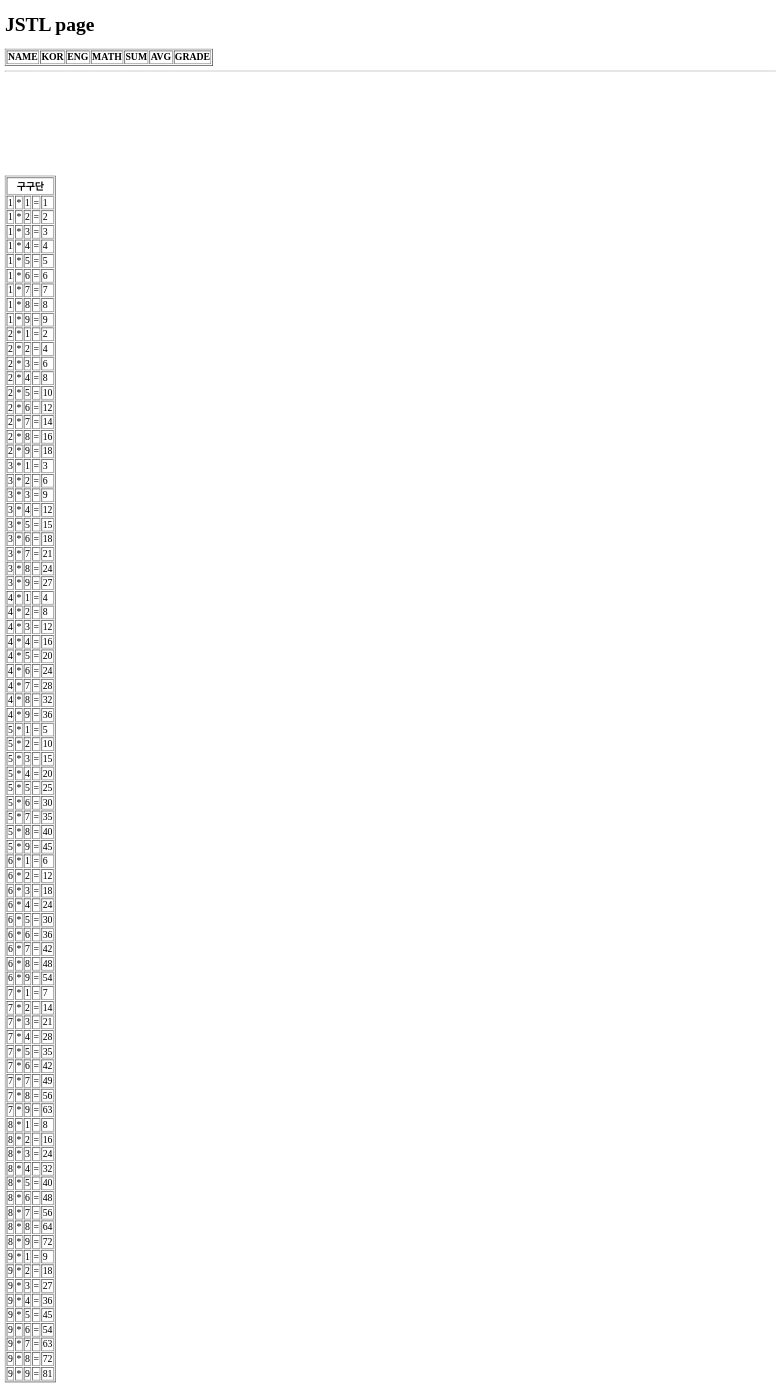
Repository: leedh909/Academy-web-
Page: http://localhost/Jsp07_EL_JSTL/jstlpage.jsp
An editor plug-in stored every save of this project. The page is shown before and after the next save, followed by the edit.
The browser window is 1280 px wide. The pictures show the whole page, at 61% of full size.
The page is served by Tomcat 9. Other server files are loaded and not shown. The template is opened directly, without the code that normally fills it, so the values that code supplies are empty.

Above is the page before, as saved 2020-07-06 04:08:17.

### 실습자료/eclipse-servlet/Jsp07_EL_JSTL/WebContent/jstlpage.jsp
<%@ page language="java" contentType="text/html; charset=UTF-8"
    pageEncoding="UTF-8"%>
<% request.setCharacterEncoding("UTF-8"); %>
<% response.setContentType("text/html; charset=UTF-8"); %>

<%@ taglib prefix="c" uri="http://java.sun.com/jsp/jstl/core" %>

<!--
	core
	fmt, fn, sql
 -->
<!-- prefix = 접두사 -->

<!DOCTYPE html>
<html>
<head>
<meta charset="UTF-8">
<title>Insert title here</title>
</head>
<body>
	<h1>JSTL page</h1>
	<table border="1">
		<tr>
			<th>NAME</th>
			<th>KOR</th>
			<th>ENG</th>
			<th>MATH</th>
			<th>SUM</th>
			<th>AVG</th>
			<th>GRADE</th>
		</tr>
		<c:forEach var="score" items="${list}">
			<tr>
				<td> <!-- if와 choose 가 따로 작동된다. -->
					<c:if test="${score.name eq '이름1'}">
						<c:out value="홍길동"></c:out>
					</c:if>
					<c:choose>
						<c:when test="${score.name eq '이름2' }">
							<c:out value="${score.name}님!"></c:out>
						</c:when>

						<c:when test="${score.name eq '이름3' }">
							<c:out value="${score.name}님@@"></c:out>
						</c:when>
						<c:otherwise>
							<c:out value="누구지..?"></c:out>
						</c:otherwise>
					</c:choose>
				</td>
				<td>${score.kor}</td>
				<td>${score.eng}</td>
				<td>${score.math}</td>
				<td>${score.sum}</td>
				<td>
					<c:choose>
						<c:when test="${score.avg eq 83 || score.avg == 84}">
							<c:out value="${score.avg }**"></c:out>
						</c:when>
						<c:otherwise>
							<c:out value="${score.avg}"></c:out>
						</c:otherwise>
					</c:choose>
				</td>
				<td>${score.grade}</td>
			</tr>
		</c:forEach>
		<!--
			평균을 화면에 출력. 평균이 83 or 84 이면 '점수값**'으로 출력
			나머지 경우는 그냥 '점수값'으로 출력
		-->

	</table>
	<hr>
<%-- 	<!-- i를 1부터 10까지 1씩 증가 -->
	<c:forEach var="i" begin="1" end="10" step="1">
		${i }<br>
	</c:forEach>
	<hr> --%>

<%-- 	<!-- 구구단 출력 -->
	<c:forEach var="i" begin="1" end="9" step="1">
		<c:forEach var="j" begin="1" end="9" step="1">
			${i * j} &nbsp;
		</c:forEach>
		<br>
	</c:forEach>
	<hr> --%>

<%-- 	<!-- 구구단 출력 -->
	<c:forEach var="i" begin="1" end="9" step="1">
		${i} 단 <br>
		<c:forEach var="j" begin="1" end="9" step="1">
			${i} * ${j} = ${i * j} <br>
		</c:forEach>
		<br>
	</c:forEach>
	<hr> --%>

	<!-- 구구단 출력 -->
	<table border="1">
		<tr>
			<th colspan="5"> 구구단 </th>
		</tr>
		<c:forEach var="i" begin="1" end="9" step="1">
			<c:forEach var="j" begin="1" end="9" step="1">
				<tr>
					<td>${i}</td>
					<td>*</td>
					<td>${j}</td>
					<td>=</td>
					<td>${i*j}</td>
				</tr>
			</c:forEach>
			<br>
		</c:forEach>
	</table>


</body>
</html>

After the next save:
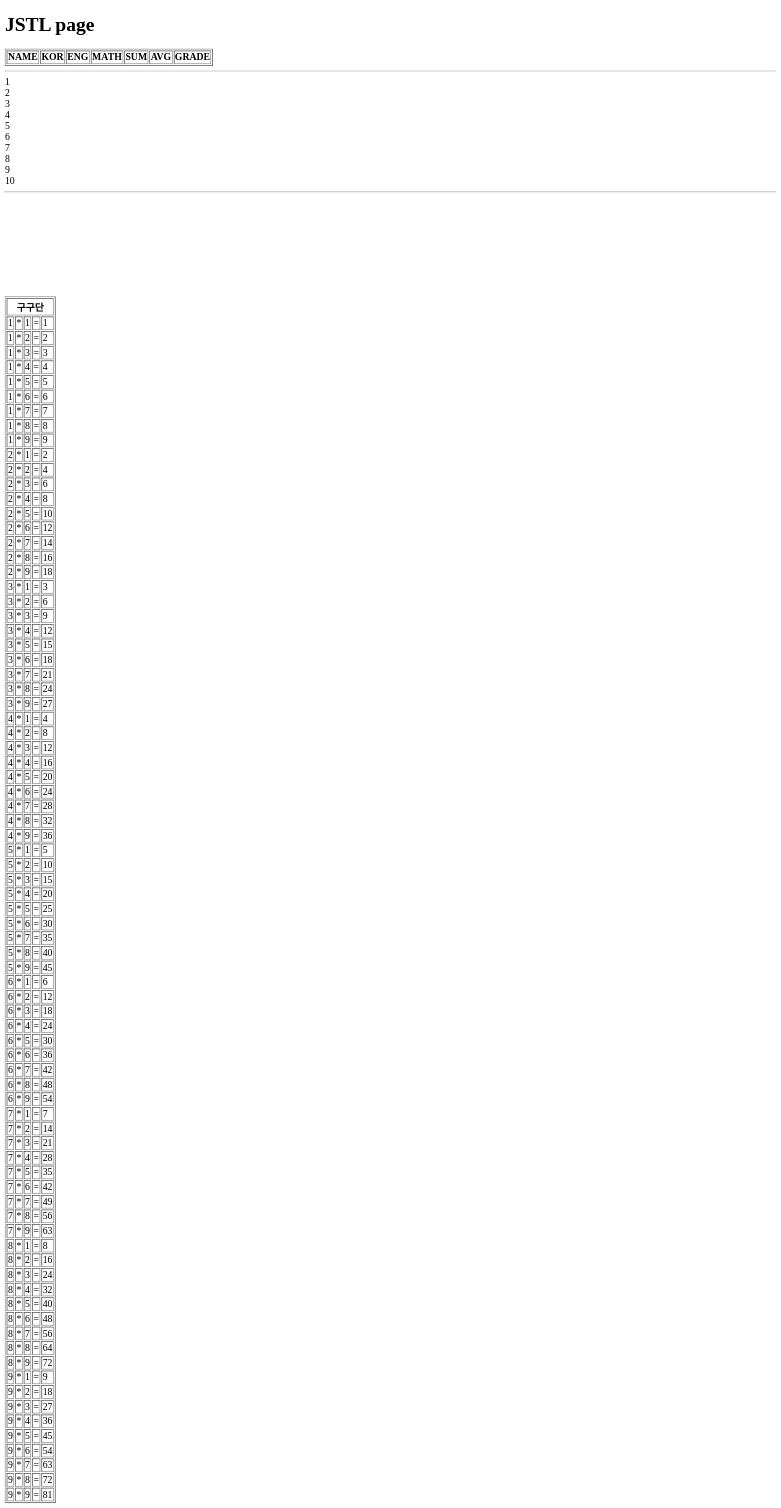
Saved 73 s later.
--- a/실습자료/eclipse-servlet/Jsp07_EL_JSTL/WebContent/jstlpage.jsp
+++ b/실습자료/eclipse-servlet/Jsp07_EL_JSTL/WebContent/jstlpage.jsp
@@ -72,11 +72,12 @@
 
 	</table>
 	<hr>
-<%-- 	<!-- i를 1부터 10까지 1씩 증가 -->
+
+	<!-- i를 1부터 10까지 1씩 증가 -->
 	<c:forEach var="i" begin="1" end="10" step="1">
 		${i }<br>
 	</c:forEach>
-	<hr> --%>
+	<hr>
 
 <%-- 	<!-- 구구단 출력 -->
 	<c:forEach var="i" begin="1" end="9" step="1">

After the save that followed:
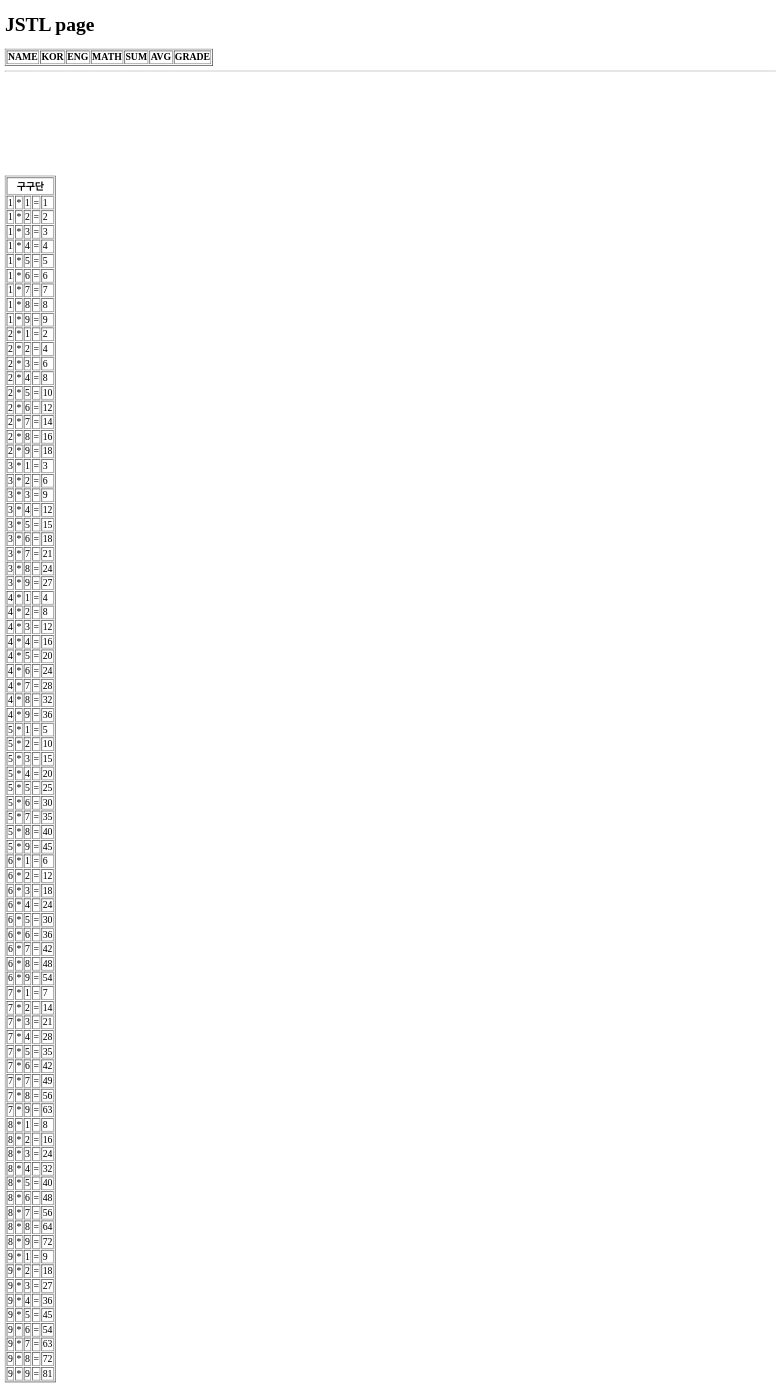
Saved 34 s later.
--- a/실습자료/eclipse-servlet/Jsp07_EL_JSTL/WebContent/jstlpage.jsp
+++ b/실습자료/eclipse-servlet/Jsp07_EL_JSTL/WebContent/jstlpage.jsp
@@ -73,11 +73,11 @@
 	</table>
 	<hr>
 
-	<!-- i를 1부터 10까지 1씩 증가 -->
+<%-- 	<!-- i를 1부터 10까지 1씩 증가 -->
 	<c:forEach var="i" begin="1" end="10" step="1">
 		${i }<br>
 	</c:forEach>
-	<hr>
+	<hr>  --%>
 
 <%-- 	<!-- 구구단 출력 -->
 	<c:forEach var="i" begin="1" end="9" step="1">
@@ -99,6 +99,7 @@
 	<hr> --%>
 
 	<!-- 구구단 출력 -->
+
 	<table border="1">
 		<tr>
 			<th colspan="5"> 구구단 </th>
